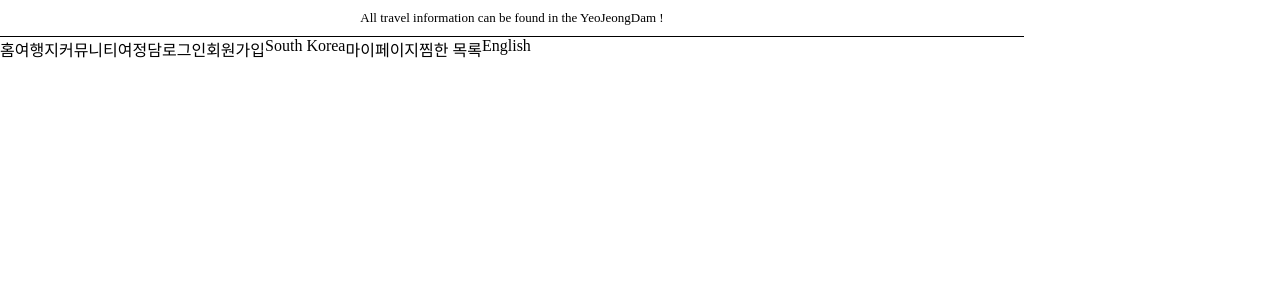
Repository: gaeunlee95/semi
Page: http://localhost/semi/main.jsp
An editor plug-in stored every save of this project. The page is shown before and after the next save, followed by the edit.
The browser window is 1280 px wide. The pictures show the whole page.
The page is served by Tomcat 9.

Above is the page before, as saved 2023-12-06 08:39:06.

After the next save:
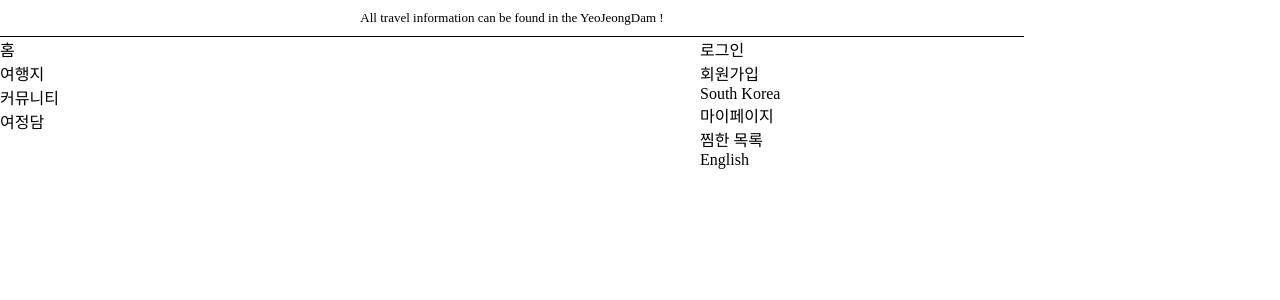
Saved 19 s later.
--- a/semi/src/main/webapp/resources/css/style.css
+++ b/semi/src/main/webapp/resources/css/style.css
@@ -22,10 +22,10 @@ header nav{
 	float:left;
 }
 header nav div{
-	/*float: left;*/
+	float: left;
 }
 header #menu ul li{
-	float: left;
+	/*float: left;*/
 }
 header #mainMenu{
 	width: 700px;
